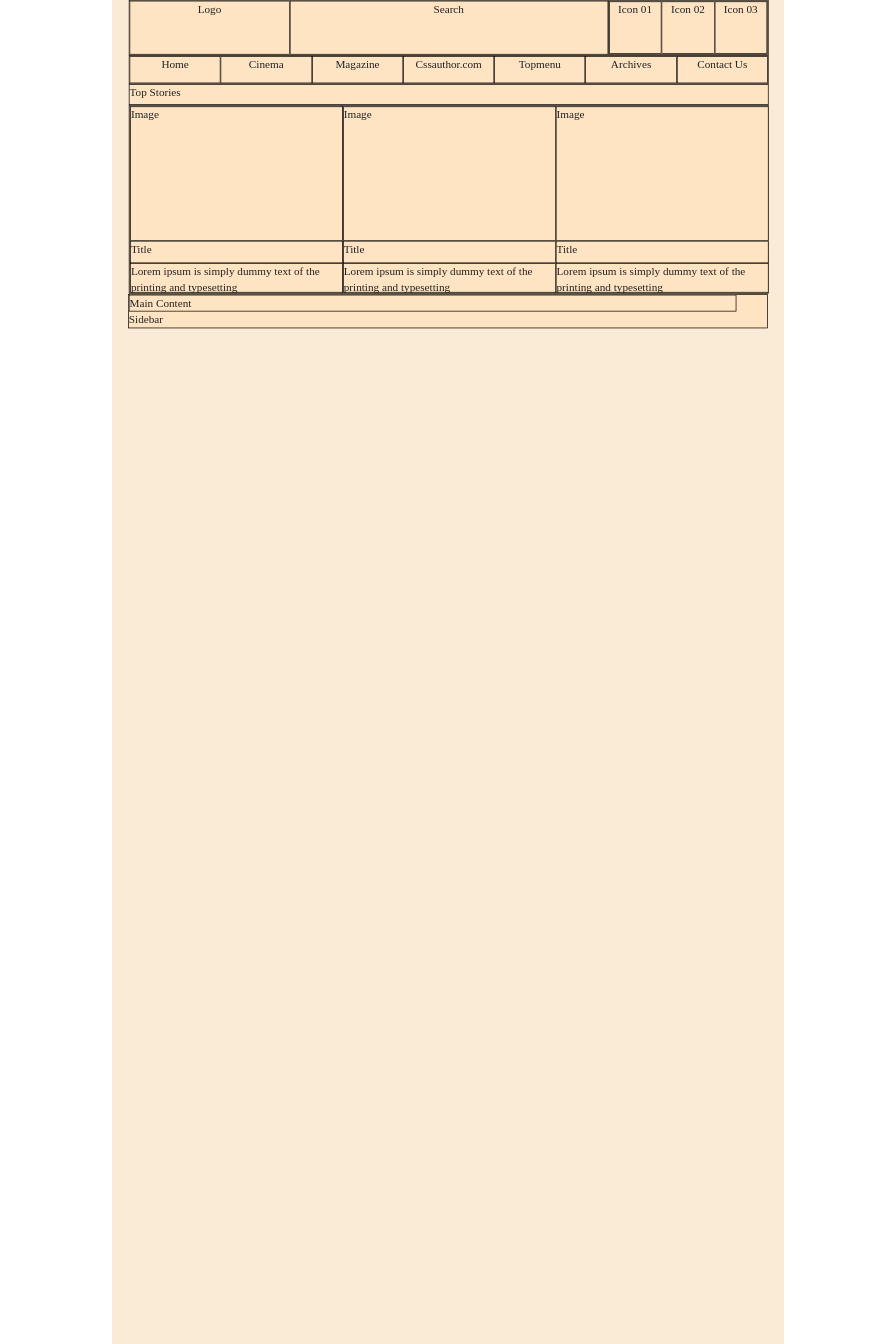
Repository: giovanabirck/cover-magazine-giovanabirck
Page: index.html
The author's editor kept a copy of each file at every save. The page is drawn from the files as they stood at one save, then again after a run of saves.
The browser window is 1280 px wide. The pictures show the part of the page from y = 0 to 1920 px (the page is 5000 px tall), at 70% of full size.

Above is the page before, as saved 2023-01-14 11:05:56.

After the next 3 saves:
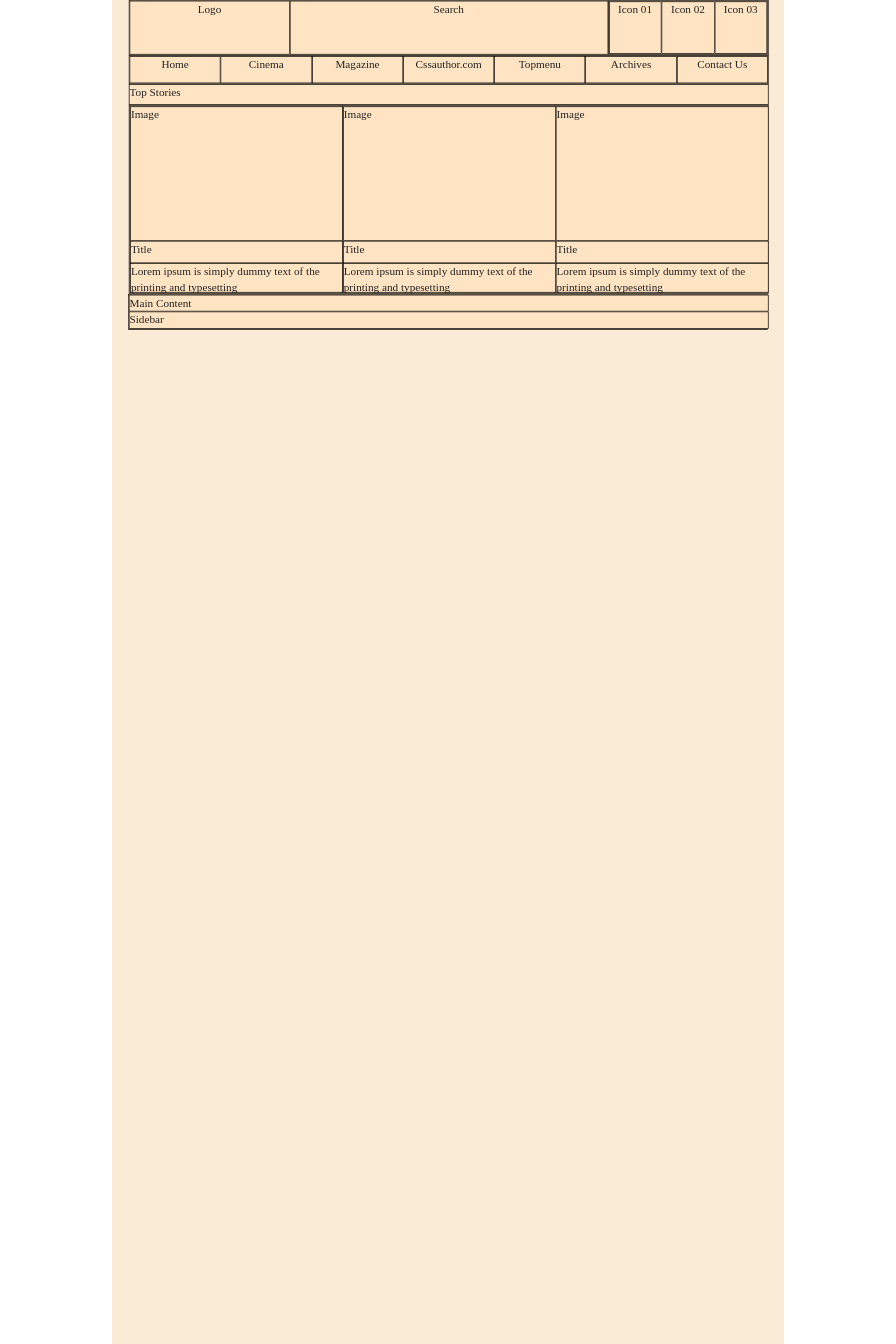
The 3 saves are shown as one change because they came seconds apart.
The last was saved 10 s later.
--- a/css/main.css
+++ b/css/main.css
@@ -390,9 +390,11 @@ textarea {
 .main-content{
   background-color: bisque;
   border: solid 1px black;
-  width: 95%;
+  width: 100%;
 }
 
 .main-side{
-
-}
+  background-color: bisque;
+  border: solid 1px black;
+  width: 100%;
+}
